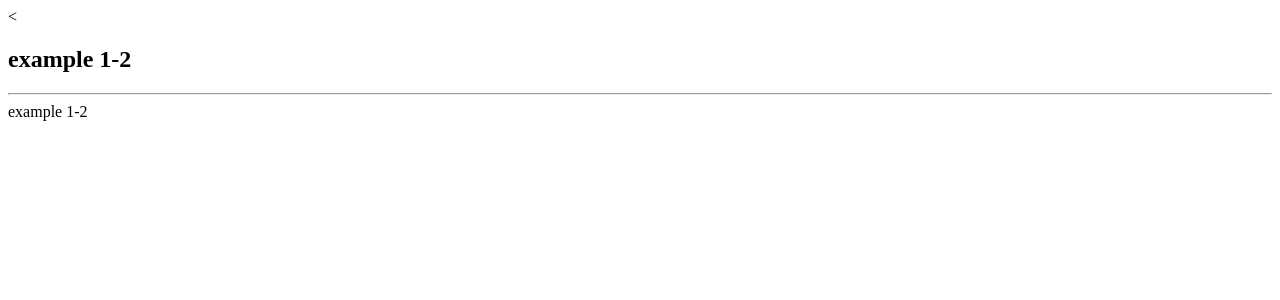
Repository: PareutPareut/frontend
Page: testRepo/scr/public/index.html
These files come from the project's save history. The page is drawn as it stood at one moment and after the next save; the edit follows.
The browser window is 1280 px wide. The pictures show the whole page.

Above is the page before, as saved 2023-11-18 13:27:29.

### testRepo/scr/public/index.html
<!doctype html>
<html>
    <head>
        <
        <title>example 1-2</title>
    </head>
    <body>
        <H2>example 1-2</H2>
        <HR>
        example 1-2
    </body>
</html>

After the next save:
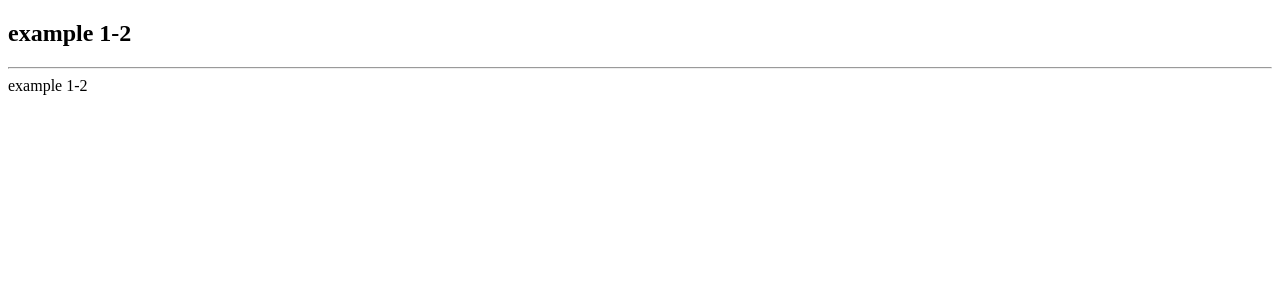
Saved 19 s later.
--- a/testRepo/scr/public/index.html
+++ b/testRepo/scr/public/index.html
@@ -1,7 +1,7 @@
 <!doctype html>
 <html>
     <head>
-        <
+        <meta charset = "UTF-8" />
         <title>example 1-2</title>
     </head>
     <body>
